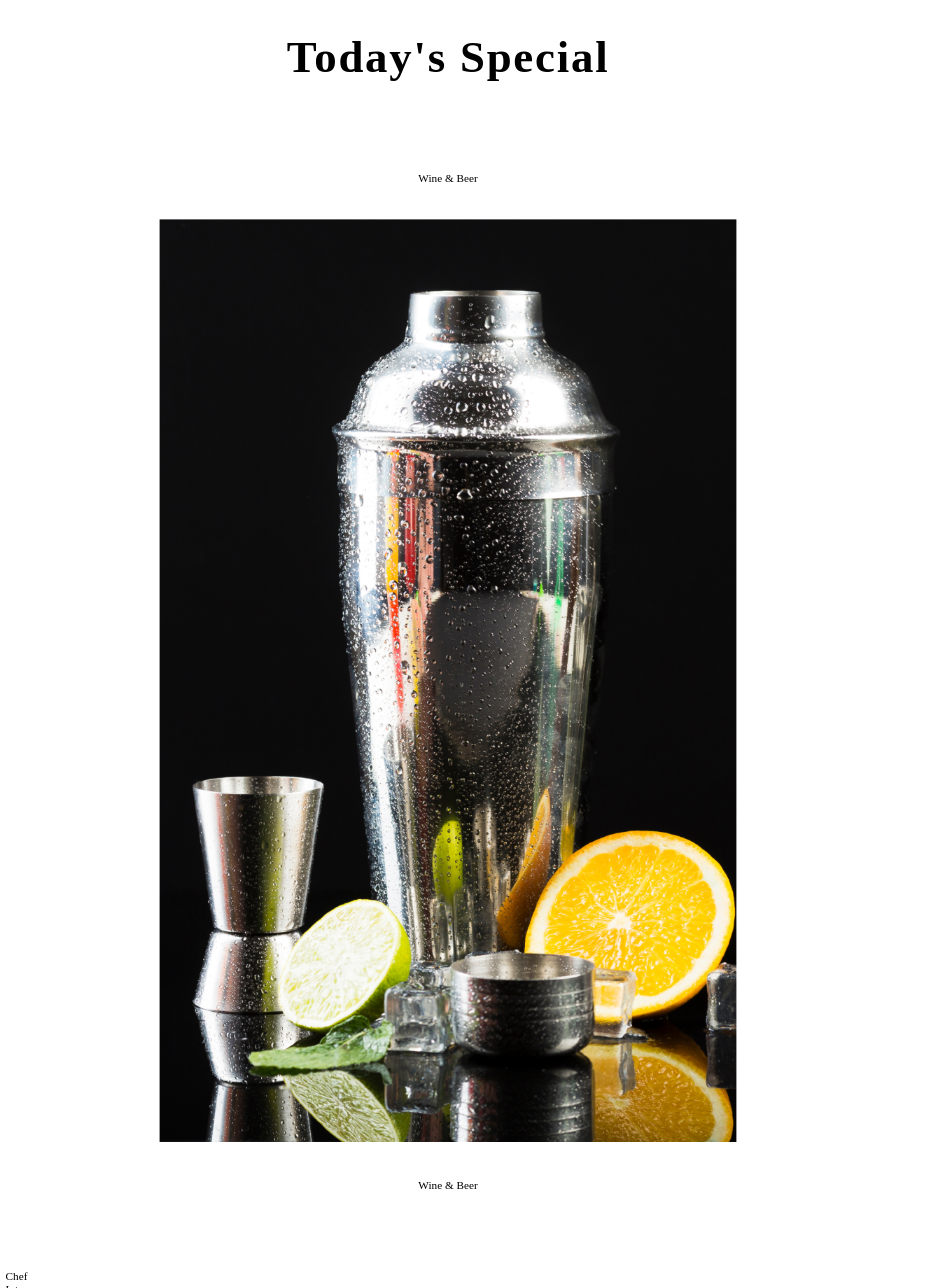
Repository: remydev47/restaurant
Page: /
An editor plug-in stored every save of this project. The page is shown before and after the next save, followed by the edit.
The browser window is 1280 px wide. The page is 1336 px wide, so the pictures cover 1336 px, including what lies to the right of the window. The pictures show the part of the page from y = 2548 to 4388 px (the page is 4479 px tall before and 4954 px after), at 70% of full size.
Backgrounds fixed to the window are drawn as part of the page. The project was rebuilt for these pictures with package versions that can differ from the ones it lists, and the page was loaded fresh each time. Also part of the build but not shown: src/container/Chef/Chef.css, src/components/Footer/Newsletter.jsx, src/components/Footer/FooterOverlay.jsx, src/components/Menuitem/MenuItem.css. Imported but missing from the stored project, and not drawn on this page: src/assets/meal.mp4.

Above is the page before, as saved 2022-03-16 07:25:47.

After the next save:
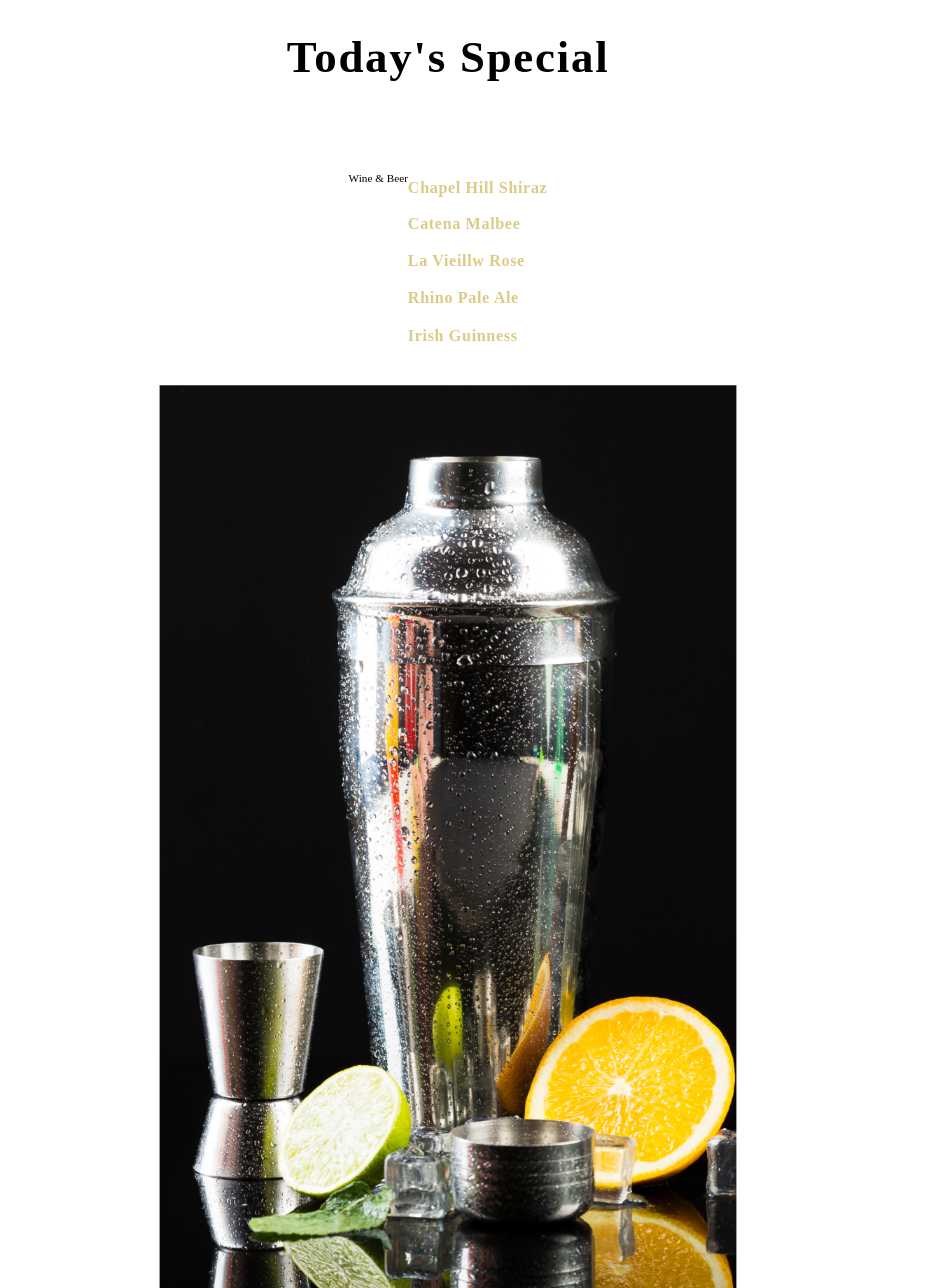
Saved 35 min 44 s later.
--- a/src/components/Menuitem/MenuItem.jsx
+++ b/src/components/Menuitem/MenuItem.jsx
@@ -4,7 +4,11 @@ import './MenuItem.css';
 
 const MenuItem = ({ title, price, tags }) => (
   <div className="app__menuitem">
-    <div className="app__menuitem-menu"></div>
+    <div className="app__menuitem-head">
+      <div className="app__menuitem-name">
+        <p className="p__cormorant" style={{ color: '#DCCA87'}}>{title}</p>
+      </div>
+    </div>
   </div>
 );
 
